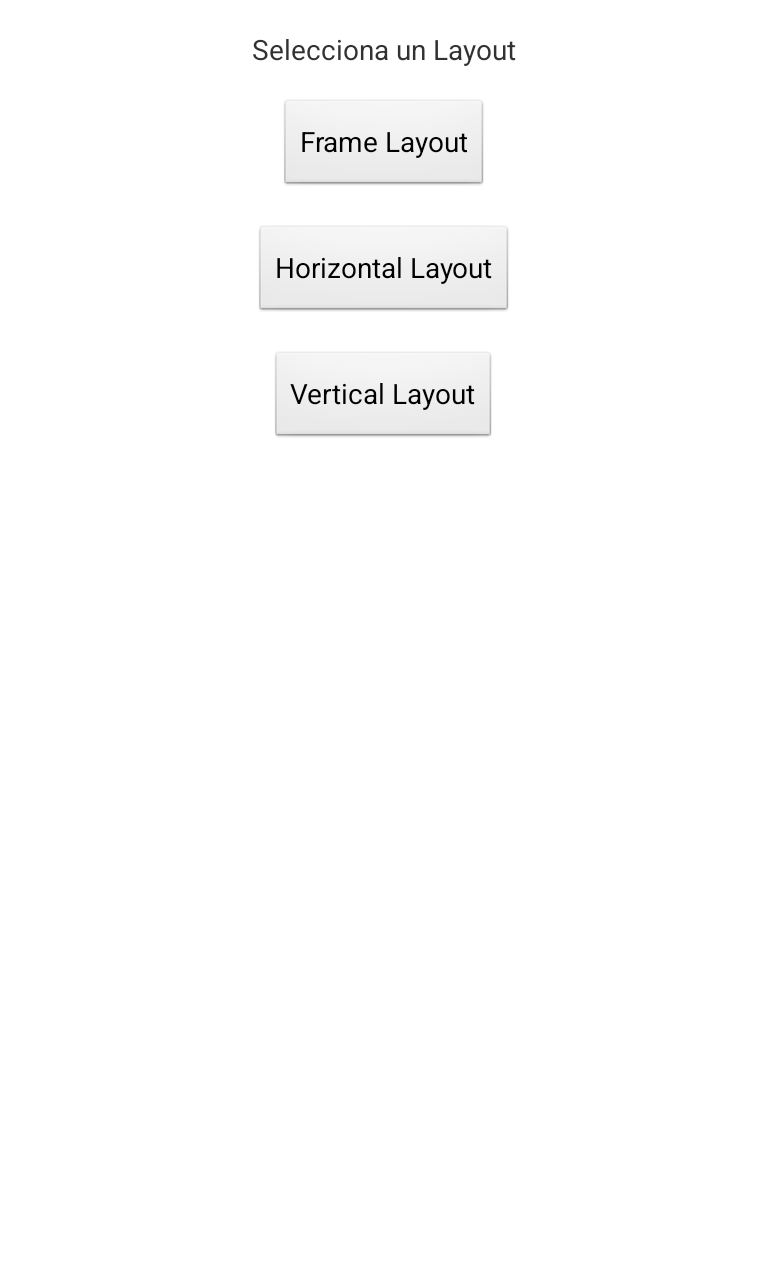
Repository: rocapal/cursoAndroidURJC
Layout: 2ndEdition/beatriz.munozmanso/ActivitiesAndRelatives/res/layout/activity_main.xml
An editor plug-in stored every save of this project. The layout is shown before and after the next save, followed by the edit.
It is drawn on a 768 x 1280 px phone screen (xhdpi) without system bars, with theme AppTheme; the app's code is not run.

Above is the layout before, as saved 2013-02-04 15:56:42.

After the next save:
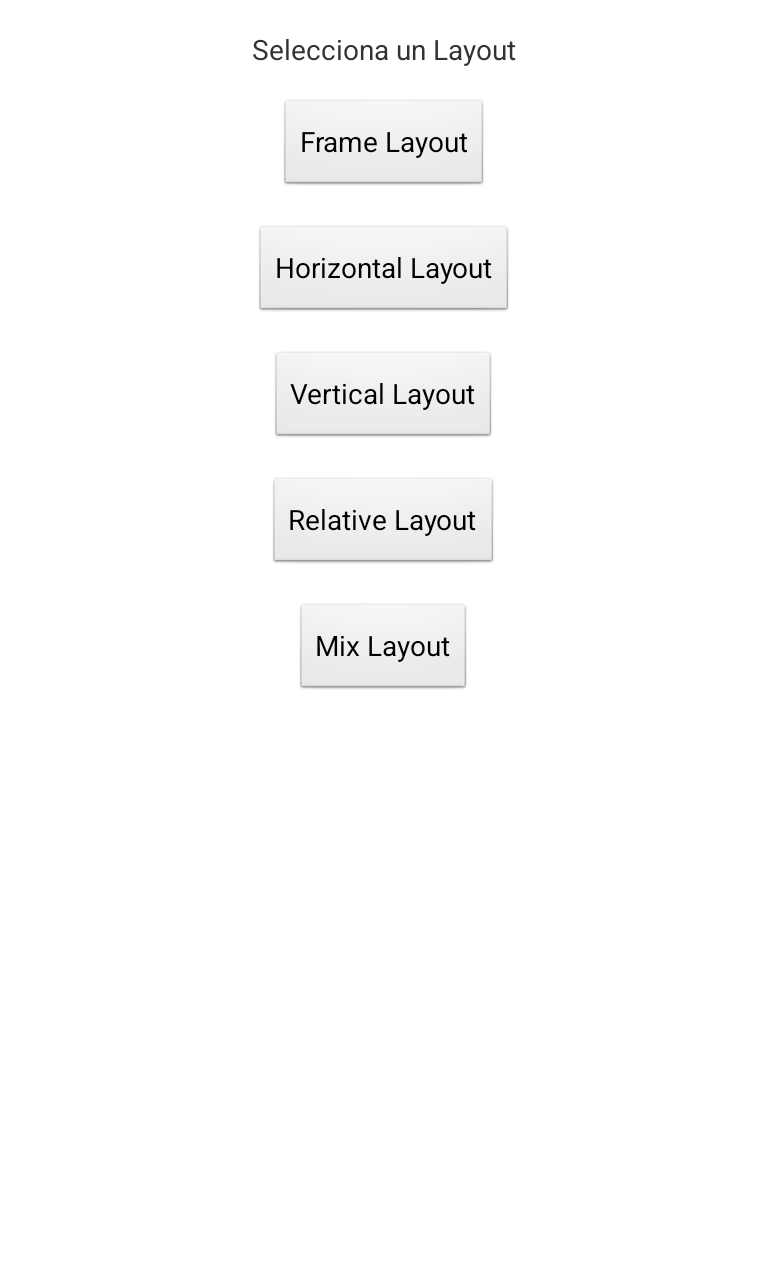
Saved 61 s later.
--- a/2ndEdition/beatriz.munozmanso/ActivitiesAndRelatives/res/layout/activity_main.xml
+++ b/2ndEdition/beatriz.munozmanso/ActivitiesAndRelatives/res/layout/activity_main.xml
@@ -37,4 +37,20 @@
         android:text="@string/vertical"
         android:layout_below="@+id/horiz"
         android:layout_marginBottom="15dip"/>
+    <Button
+        android:id = "@+id/rel"
+        android:layout_width="wrap_content"
+        android:layout_height="wrap_content"
+        android:layout_centerHorizontal="true"
+        android:text="@string/relative"
+        android:layout_below="@+id/vert"
+        android:layout_marginBottom="15dip"/>
+    <Button
+        android:id = "@+id/comp"
+        android:layout_width="wrap_content"
+        android:layout_height="wrap_content"
+        android:layout_centerHorizontal="true"
+        android:text="@string/complex"
+        android:layout_below="@+id/rel"
+        android:layout_marginBottom="15dip"/>
 </RelativeLayout>
